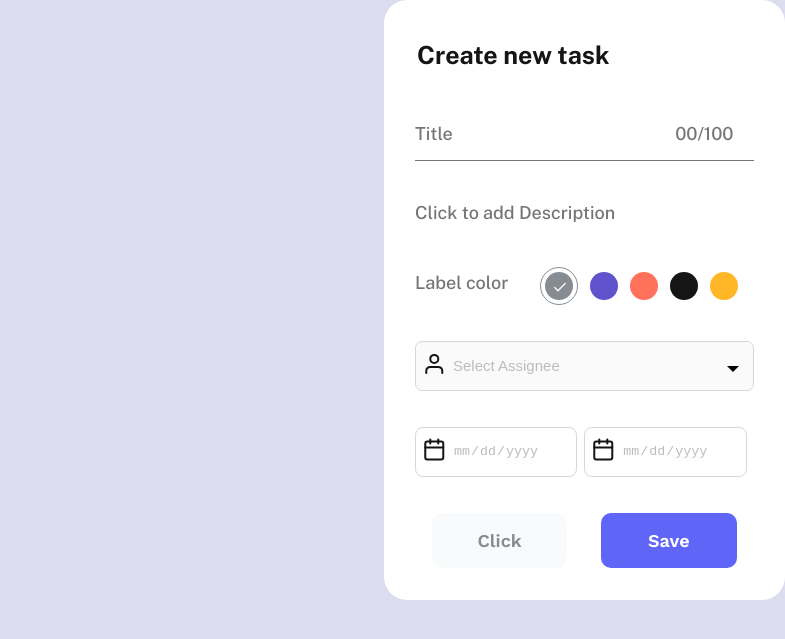
Repository: MorgunovaAlexandra/verstka-form
Page: index.html
The author's editor kept a copy of each file at every save. The page is drawn from the files as they stood at one save, then again after a run of saves.
The browser window is 768 px wide. The page is 785 px wide, then 768 px, then 785 px, so the pictures cover 785 px, including what lies to the right of the window. The pictures show the whole page.
The style sheet was rebuilt from its Sass, Less or Tailwind sources for each picture, by a compiler version that may differ from the author's.

Above is the page before, as saved 2022-06-24 17:18:33.

### index.html
<!DOCTYPE html>
<html lang="ru">
<head>
    <meta charset="UTF-8">
    <meta http-equiv="X-UA-Compatible" content="IE=edge">
    <meta name="viewport" content="width=device-width, initial-scale=1.0">
    <link rel="stylesheet" href="./css/style.css">
    <title>Document</title>
</head>
<body>
    <div class="wrapper">
       <form class="form">

           <div class="fieldset">
            <legend><b>Create new task</b></legend>
            <div class="form__container __container">
            <div class="text-field">
                <input class="text-field__input" type="text" name="firstname" id="firstname" value=""
                >
                <label class="text-field__label" for="username">Title</label>
                <label class="text-field__label2" for="username">00/100</label>
              </div>
              <div class="form-field__text">Click to add Description</div>
              <div class="form-fied__color field-color">
                  <div class="field-color__text">Label color</div>
                  <div class="field-color__color circle">
                      <div class="circle__border">
                          <div class="circle__color grey">
                              <img class="circle__img" src="./img/done.svg">
                          </div>
                      </div>
                      <div class="circle__color purple"></div>
                      <div class="circle__color red"></div>
                      <div class="circle__color black"></div>
                      <div class="circle__color yellow"></div>
                  </div>
              </div>
              <div class="form-field__select">
                  <div class="select__arrow">
                    <select name="select-category" id="" class="select">
                        <option value="1">Select Assignee</option>
                        <option value="2">Select Assignee</option>
                        <option value="3">Select Assignee</option>
                      </select>
                  </div>
              </div>
              <div class="form-field__date">
                  <div class="data-form">
                    <input class="input" type="date"></input>
                  </div>
                  <div class="data-form">
                    <input class="input" type="date"></input>
                  </div>
              </div>
              <div class="form-field__sibmit submit">
                  <input class="submit__click" type="submit" value="Click">
                  <input class="submit__click save-blue" type="submit" value="Save">
              </div>

              <!-- <div class="form-field__date">
                <div class="form-group">
                    <div class="input-group" id="datetimepicker2">
                      <input type="text" class="form-control" />

                    </div>
                  </div>
              </div> -->
              </div>
           </div>
        </form>
    </div>

    <script src="./script.js"></script>
</body>
</html>

### script.js
 document.getElementById ('firstname').onkeydown=keyDown

function keyDown(){
    let str=document.getElementById ('firstname').value;

    console.log(str.length)
    document.querySelector('.text-field__label2').innerHTML=`${str.length}/100`
}

### scss/style.scss
@import "variables";
@import "mixins";
@import url('https://fonts.googleapis.com/css2?family=Public+Sans:wght@500;700&display=swap');
@import url('https://fonts.googleapis.com/css2?family=Work+Sans:wght@600&display=swap');
body {
   background-color: $ColorBody;
   font-family:$fontFamily ;
   font-weight: $fontWaight;
   line-height: $lineHeight;
   font-size: $fontSize;
   color:$ColorGrey;
}
.__container{
    padding-left: 31px;
    padding-right: 31px;
}
.form{
    width: 495.55px;
    height: 613.21px;
    background-color: white;
    border-radius: 23px;
    box-sizing: border-box;
    position: fixed; top: 50%; left: 50%;
    -webkit-transform: translate(-50%, -50%);
    -ms-transform: translate(-50%, -50%);
    transform: translate(-50%, -50%);
}
legend{
    margin-top: 40px;
    margin-left: 31px;
    font-weight: 700;
    font-size: 25px;
    color:$ColorBlack;
}
.text-field{
    position: relative;
    display: flex;
    justify-content: center;
    margin-top: 46px;
    margin-bottom: 36px;

}
.text-field__input{
    width: 100%;
    height: 40px;
    border: none;
    border-bottom: 1px solid $ColorGrey ;
    padding-left: 60px;
    color:#566789;
    font-size: 18px;
 }

.text-field__input:focus + .text-field__label{
  top:-23px;
}
.text-field__label{
   position: absolute;
   left: 0px;


}
.text-field__label2{
    position: absolute;
    right: 20px;
}
.form-field__text{
    margin-bottom: 38px;
}
.form-fied__color{
    display: flex;
    justify-content: flex-start;
    margin-bottom: 36px;
}
.field-color__text{
margin-right: 32px;
}
.field-color__color{
    display: flex;
   align-items: center;
}

.circle__border{
    position: relative;
    width: 36px;
    height: 36px;
    border-radius: 50%;
    border: 1px solid #878C93;
}
.grey{
    position: absolute;
    width: 28px;
    height: 28px;
    top:4px;
    left: 4px;
    border-color: #878C93;
    border-radius: 50%;
    z-index: 30;

    background-color:
    #878C93;
}
.circle__img{
    position: absolute;
    top:10px;
    left: 8px;
}
.circle__color{
    width: 28px;
    height: 28px;
    border-radius: 50%;
    margin-right:12px ;
}
.purple{
    background-color: #6153CC;
    margin-left: 12px;
}
.red{
    background-color:#FF715B;
}
.black{
    background-color:$ColorBlack;
}
.yellow{
    background-color:#FFB627;
    margin-right:0px ;
}
.select{
    appearance: none;
    border: 1px solid #566789;
    opacity: 26%;
    width: 100%;
    height: 50px;
    border-radius: 7px;
    cursor: pointer;
    padding-left: 37px;
    padding-top: 15px;
    padding-bottom: 16px;
    padding-right: 35px;
    font-size: 15px;

}
.select__arrow{
    position: relative;
}
.select__arrow::after{
content: "";
position: absolute;
top:50%;
right: 15px;
transform: translateY(-50%);
display: block;
width: 12px;
height: 6px;

pointer-events: none;

width: 0;
height: 0;
border-style: solid;
border-width: 6px 6px 0 6px;
border-color: #000000 transparent transparent transparent;
border-style: inset;
-webkit-transform:rotate(360deg);


}
.select__arrow::before{
content: "";
position: absolute;
top:20%;
left: 7px;
background: no-repeat url("../img/user.svg");
width: 34px;
height: 30px;
display: block;
z-index: 44;

}
.data-form{
    margin-top: 36px;
    margin-bottom: 36px;
    position: relative;
    width: 100%;
}
.form-field__date{
    display: flex;
    justify-content: space-between;

}
.data-form::before{
    content: "";
    position: absolute;
    top:20%;
    left: 7px;
    background: no-repeat url("../img/calendar.svg");
    width: 34px;
    height: 30px;
    display: block;
    z-index: 44;

}
.input{
    box-sizing: border-box;
    width: 96%;
    height: 50px;
    border: 1px solid #566789;
    opacity: 26%;
    border-radius: 7.86px;
    padding-left:37px ;
}

.input::-webkit-calendar-picker-indicator{
        display: none;
    }

.input[type="date"]::-webkit-input-placeholder{
        visibility: hidden !important;
    }



.submit__click{
   color:$colorBlackGray;
    opacity: 50%;
    font-weight: 600;
    font-size: 18px;
    font-family: 'Work Sans', sans-serif;
    background-color: #F5F7FB;
    }

.form-field__sibmit{
    display: flex;
    justify-content: space-around;
}
.submit__click{
    width: 40%;
    height: 55px;
    border-radius: 10px;
    border: none

}
.save-blue{
    background-color: #5F65F6;
    opacity: 100%;
    color:white;
}



/* media for 768*/
@media(max-width:768px){
    .form{
    width: 400.55px;
    height: 600.21px;
    position: absolute;
    top:0px;

    -webkit-transform: none; /* Safari and Chrome */
       -moz-transform: none; /* Firefox */
        -ms-transform: none; /* IE 9 */
         -o-transform: none; /* Opera */
            transform: none;
    }
}

### scss/variables.scss
$bgColor: green;
$fontFamily:'Public Sans', sans-serif;
$fontWaight:500;
$fontSize:18px;
$lineHeight:31.86px;
$ColorBody:#DBDCEE;
$ColorBlack:#151515;
$ColorGrey:#757575;
$colorBlackGray: #151920

### scss/mixins.scss
@mixin vov($color) {
    font-size: 30px;
    background-color:$color ;
}

After the next 3 saves:
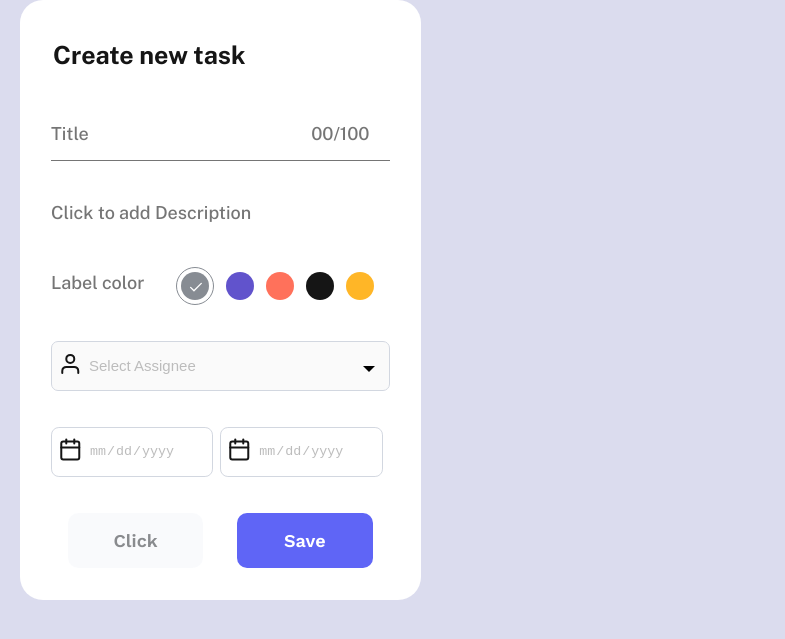
The 3 saves are shown as one change because 1 did not build or start and some came seconds apart.
The last was saved 12 s later.
--- a/scss/style.scss
+++ b/scss/style.scss
@@ -254,7 +254,7 @@
     height: 600.21px;
     position: absolute;
     top:0px;
-
+    left: 20px;
     -webkit-transform: none; /* Safari and Chrome */
        -moz-transform: none; /* Firefox */
         -ms-transform: none; /* IE 9 */

After the 2 saves that followed:
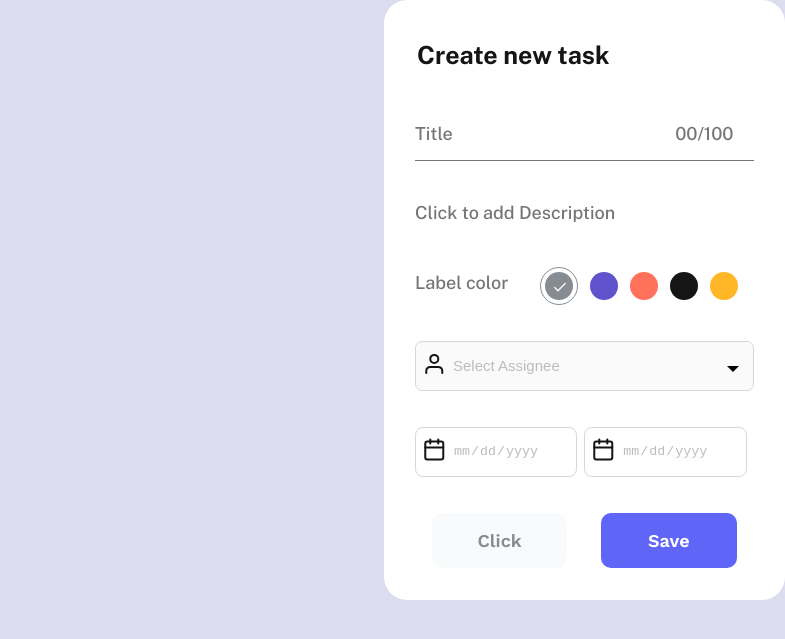
The 2 saves are shown as one change because they came seconds apart.
The last was saved 14 s later.
--- a/scss/style.scss
+++ b/scss/style.scss
@@ -254,7 +254,7 @@
     height: 600.21px;
     position: absolute;
     top:0px;
-    left: 20px;
+    left: 50%;
     -webkit-transform: none; /* Safari and Chrome */
        -moz-transform: none; /* Firefox */
         -ms-transform: none; /* IE 9 */
